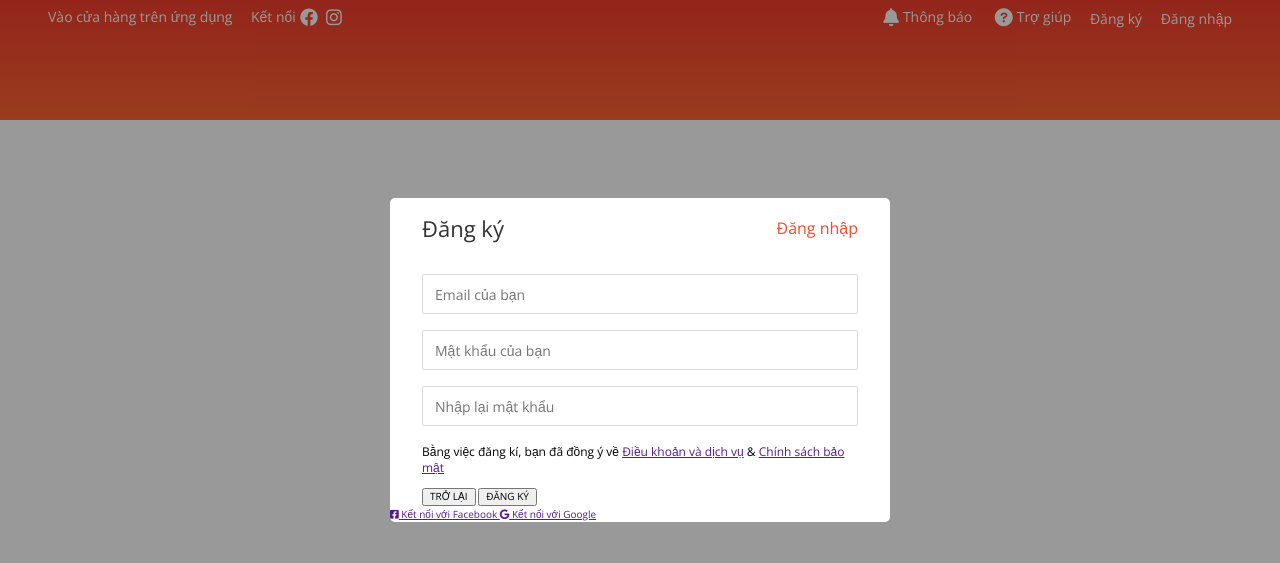
Repository: trongtamdev/Clone-Shopee-Page
Page: index.html
An editor plug-in stored every save of this project. The page is shown before and after the next save, followed by the edit.
The browser window is 1280 px wide. The pictures show the whole page.

Above is the page before, as saved 2022-07-08 21:36:11.

### index.html
<!DOCTYPE html>
<html lang="en">

<head>
    <meta charset="UTF-8">
    <meta http-equiv="X-UA-Compatible" content="IE=edge">
    <meta name="viewport" content="width=device-width, initial-scale=1.0">
    <title>Document</title>
    <link rel="stylesheet" href="https://cdnjs.cloudflare.com/ajax/libs/normalize/8.0.1/normalize.min.css">
    <link rel="stylesheet" href="assets/css/base.css">
    <link rel="stylesheet" href="assets/css/main.css">
    <link rel="stylesheet" href="assets/fonts/fontawesome-free-6.1.1/css/all.min.css">
    <link href="https://fonts.googleapis.com/css2?family=Open+Sans:wght@300;400;500;700&display=swap" rel="stylesheet">
</head>
    <div class="app">
        <header class="header">
            <div class="grid">
                <nav class="header__navbar">
                    <ul class="header__navbar-list">
                        <li class="header__navbar-item header__navbar-item--has-qr">
                            Vào cửa hàng trên ứng dụng
                            <div class="header__qr">
                                <img src="assets/img/qr_code.png" alt="QR code" class="header__qr-img">
                                <div class="header__qr-apps">
                                    <a href="" class="header__qr-link">
                                        <img src="assets/img/google_play.png" alt="Google play" class="header__qr-download-img">
                                    </a>
                                    <a href="" class="header__qr-link">
                                        <img src="assets/img/app_store.png" alt="App store" class="header__qr-download-img">
                                    </a>
                                </div>
                            </div>
                        </li>
                        <li class="header__navbar-item">
                            <span class="header__navbar-title--no-pointer">Kết nối</span>
                            <a href="" class="header__navbar-icon-link">
                                <i class="header__navbar-icon fa-brands fa-facebook"></i>
                            </a>
                            <a href="" class="header__navbar-icon-link">
                                <i class="header__navbar-icon fa-brands fa-instagram"></i>
                            </a>
                        </li>
                    </ul>

                    <ul class="header__navbar-list">
                        <li class="header__navbar-item">
                            <a href="" class="header__navbar-item-link">
                                <i class="header__navbar-icon fa-solid fa-bell"></i>
                                Thông báo</a>
                        </li>

                        <li class="header__navbar-item">
                            <a href="" class="header__navbar-item-link">
                                <i class="header__navbar-icon fa-solid fa-circle-question"></i>
                                Trợ giúp</a>
                        </li>

                        <li class="header__navbar-item header__navbar-item--strong">Đăng ký</li>
                        <li class="header__navbar-item header__navbar-item--strong">Đăng nhập</li>
                    </ul>
                </nav>
            </div>

        </header>

        <div class="container">

        </div>

        <footer class="footer">

        </footer>
    </div>
    <div class="modal">
        <div class="modal__overlay">

        </div>
        <div class="modal__body">

            <!-- Auth form -->
            <div class="auth-form">
                <div class="auth-form__container">
                    <div class="auth-form__header">
                        <h3 class="auth-form__heading">Đăng ký</h3>
                        <span class="auth-form__switch-btn">Đăng nhập</span>
                    </div>

                    <div class="auth-form__form">
                        <div class="auth-form__group">
                            <input type="text" class="auth-form__input" placeholder="Email của bạn">
                        </div>

                        <div class="auth-form__group">
                            <input type="password" class="auth-form__input" placeholder="Mật khẩu của bạn">
                        </div>

                        <div class="auth-form__group">
                            <input type="password" class="auth-form__input" placeholder="Nhập lại mật khẩu">
                        </div>
                    </div>

                    <div class="auth-form__aside">
                        <p class="auth-form__policy-text">
                            Bằng việc đăng kí, bạn đã đồng ý về
                            <a href="" class="auth-form__policy-link">Điều khoản và dịch vụ</a> &
                            <a href="" class="auth-form__policy-link">Chính sách bảo mật</a>
                        </p>
                    </div>

                    <div class="auth-form__controls">
                        <button class="btn">TRỞ LẠI</button>
                        <button class="btn btn--primary">ĐĂNG KÝ</button>
                    </div>
                </div>

                <div class="auth-form__socials">
                    <a href="" class="btn btn--with-icon">
                        <i class="fa-brands fa-facebook-square"></i>
                        Kết nối với Facebook
                    </a>

                    <a href="" class="btn btn--with-icon">
                        <i class="fa-brands fa-google"></i>
                        Kết nối với Google
                    </a>
                </div>
            </div>
        </div>
    </div>
<body>

</body>

</html>

### assets/css/base.css
:root {
    --white-color :#fff;
    --back-color :#000;
    --text-color : #333;
    --primary-color: #EE4D2D;
    --border-color: #dbdbdb;
}

*{
    box-sizing: inherit;
}

html {
    font-size: 62.5%;
    line-height: 1.6rem;
    font-family: 'Open Sans', sans-serif;;
    box-sizing: border-box;
}

.grid {
    width: 1200px;
    max-width: 100%;
    margin: 0 auto;
}

.grid__full-width {
    width: 100%;
}

.grid__row {
    display: flex;
    flex-wrap: wrap
}

/* Animation */
@keyframes fadeIn {
    from {
        opacity: 0;
    }to {
        opacity: 1;
    }
}

/* Modal */

.modal {
    position: fixed;
    top: 0;
    right: 0;
    bottom: 0;
    left: 0;
    display: flex;
}

.modal__overlay {
    position: absolute;
    width: 100%;
    height: 100%;
    background-color: rgba(0, 0, 0, 0.4);
}

.modal__body {

    background-color: var(--white-color);
    margin: auto;
    position: relative;
    z-index: 1;
    border-radius: 5px;
}

### assets/css/main.css
.header {
    height: 120px;
    background-image: linear-gradient(0, #fe6433, #f53e2d);
}

.header__navbar {
    display: flex;
    justify-content: space-between;
}

.header__navbar-list {
    list-style: none;
    padding: 0;
    margin-top: 4px;
}

.header__navbar-item {
    margin: 0 8px;
    position: relative;
    min-height: 26px;
}

.header__navbar-item--has-qr:hover .header__qr {
    display: block;
}

.header__navbar-item,
.header__navbar-item-link{
    display: inline-block;
    font-size: 1.4rem;
    color :var(--white-color);
    text-decoration: none;
    font-weight: 300;
}

.header__navbar-item,
.header__navbar-item-link,
.header__navbar-icon-link {
    display: inline-flex;
    align-items: center;
}

.header__navbar-item:hover,
.header__navbar-item-link:hover,
.header__navbar-icon-link:hover{
    cursor: pointer;
    color: rgba(255, 255, 255, 0.7);
}

.header__navbar-item--strong {
    font-weight: 400;
}


.header__navbar-icon-link {
    color: var(--white-color);
    text-decoration: none;
}

.header__navbar-icon {
    font-size: 1.8rem;
    margin: 0 4px;
}

.header__navbar-title--no-pointer {
    color: var(--white-color);
    cursor: text;
}

/* Header QR code */

.header__qr {
    width: 186px;
    background-color: var(--white-color);
    position: absolute;
    left: 0;
    top: 118%;
    padding: 8px;
    border-radius: 2px;
    display: none;
    animation: fadeIn ease-in 0.5s;
}

.header__qr::before {
    position: absolute;
    left: 0;
    top: -16px;
    width: 100%;
    height: 20px;
    content: "";
    display: block;
}

.header__qr-img {
    width: 100%;
}

.header__qr-apps {
    display: flex;
}

.header__qr-link:nth-child(1) {
    margin-left: 11px;
}

.header__qr-link:nth-child(2) {
    margin-right: 11px;
}

.header__qr-download-img {
    height: 18px;
}


/* Authen Modal */

.auth-form {
    width: 500px;

}


.auth-form__container {
    padding: 0 32px;
}

.auth-form__header {
    display: flex;
    align-items: center;
    justify-content: space-between;
}

.auth-form__heading {
    font-size: 2.2rem;
    font-weight: 400;
    color: var(--text-color);
}

.auth-form__switch-btn {
    font-size: 1.6rem;
    font-weight: 400;
    color: var(--primary-color);
    cursor: pointer;
}

.auth-form__form {

}

.auth-form__input {
    width: 100%;
    height: 40px;
    margin-top: 16px;
    padding: 0 12px;
    font-size: 1.4rem;
    border: 1px solid var(--border-color);
    border-radius: 2px;
    outline: none;
}

.auth-form__input:focus {
    border-color: #777;
}

.auth-form__aside {
    margin-top: 18px;
}

.auth-form__policy-text {
    font-size: 1.2rem;
}

Loaded but not shown: assets/fonts/fontawesome-free-6.1.1/css/all.min.css (library)

After the next save:
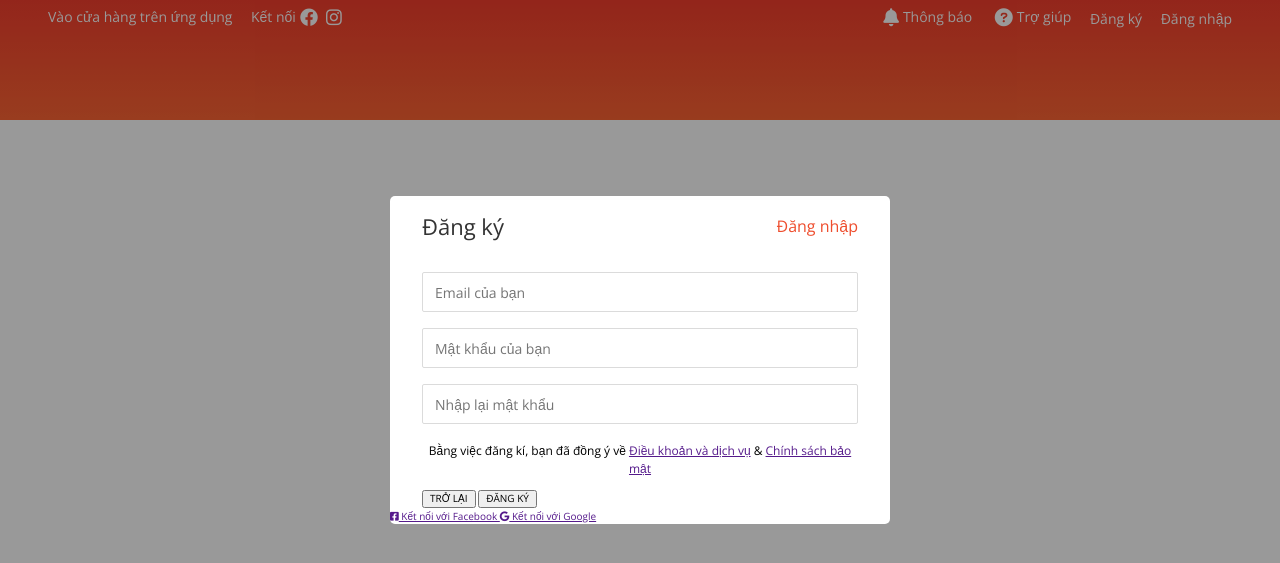
Saved 102 s later.
--- a/assets/css/main.css
+++ b/assets/css/main.css
@@ -168,4 +168,6 @@
 
 .auth-form__policy-text {
     font-size: 1.2rem;
+    line-height: 1.8rem;
+    text-align: center;
 }
